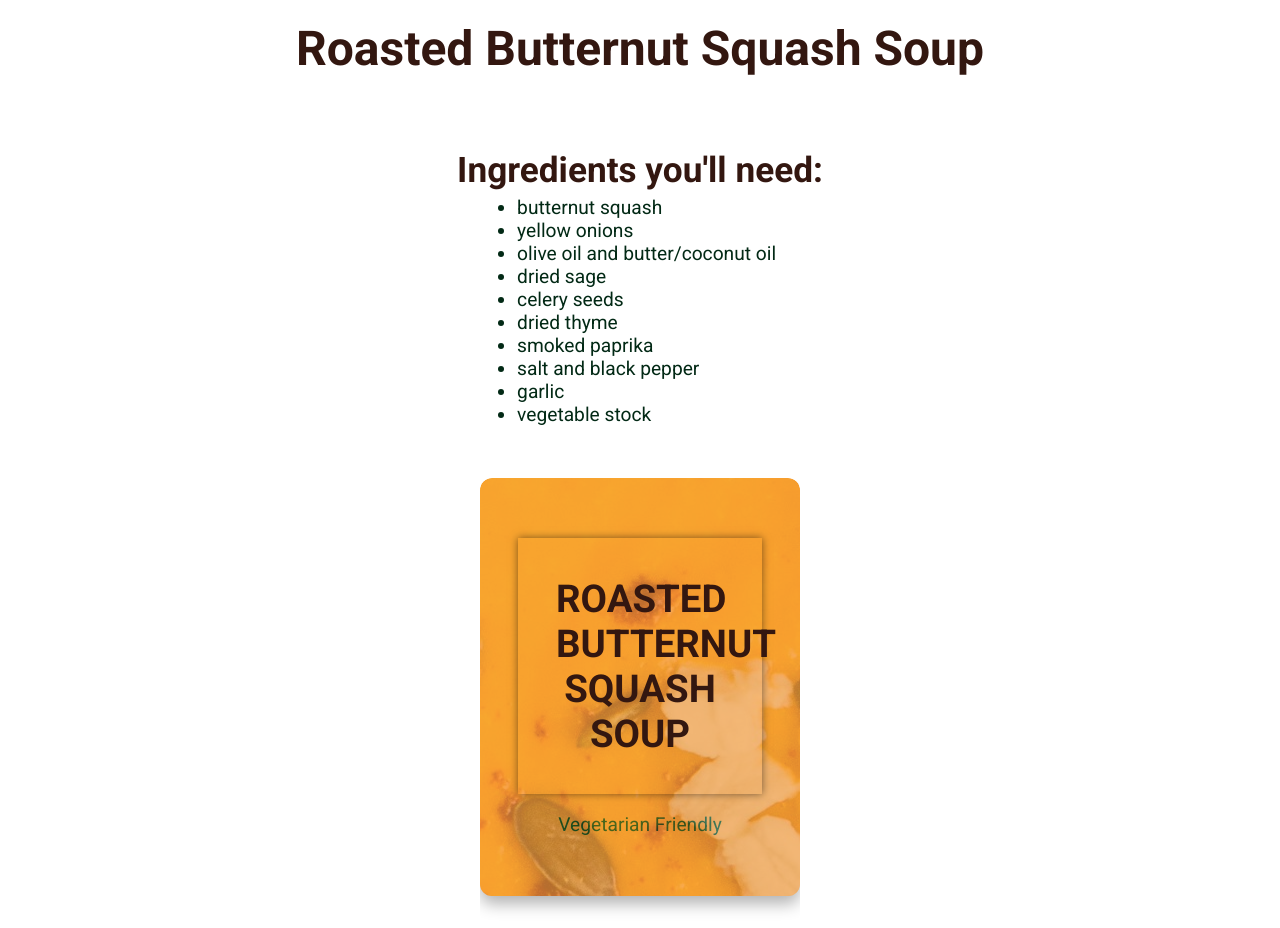
Repository: IDMX225/css-card-flip-LyssaMA
Page: src/index.html
An editor plug-in stored every save of this project. The page is shown before and after the next save, followed by the edit.
The browser window is 1280 px wide. The pictures show the whole page.
The style sheet was rebuilt from its Sass, Less or Tailwind sources for each picture, by a compiler version that may differ from the author's.

Above is the page before, as saved 2024-11-12 21:41:01.
Not found: src/js/index.js

### src/index.html
<!DOCTYPE html>
<html lang="en">

<head>
  <meta charset="UTF-8">
  <meta name="viewport" content="width=device-width, initial-scale=1.0">
  <meta name="description" content="A modern CSS page">
  <meta name="generator" content="Eleventy v1.2">
  <title>Recipe</title>
  <link rel="shortcut icon" href="images/squash.png" type="image/png">
  <link rel="stylesheet" href="css/main.css">
</head>

<body>
  <!-- Title above the card -->
  <div class="title-above-card">Roasted Butternut Squash Soup</div>

  <!-- Ingredients Section -->
  <div class="ingredients">
    <div class="ingredients-heading">Ingredients you'll need:</div>
    <ul class="ingredients-list">
      <li>butternut squash</li>
      <li>yellow onions</li>
      <li>olive oil and butter/coconut oil</li>
      <li>dried sage</li>
      <li>celery seeds</li>
      <li>dried thyme</li>
      <li>smoked paprika</li>
      <li>salt and black pepper</li>
      <li>garlic</li>
      <li>vegetable stock</li>
    </ul>
  </div>

  <!-- The Card with the Recipe Title inside -->
  <div class="card">
    <div class="card__content">
      <div class="card__front">
        <!-- Add the image here -->
        <img src="images/squashsoup.jpg" alt="Roasted Butternut Squash Soup" class="card__image">
        <h3 class="card__title">Roasted Butternut Squash Soup</h3>
        <p class="card__subtitle">Vegetarian Friendly</p>
      </div>

      <div class="card__back">
        <p class="card__body">To roast the squash, simply place the seasoned squash onto two large baking sheets lined
          with aluminum foil for easy cleanup. Roast in the oven for 45 minutes at 400°F.
          There's no need to flip over the squash halfway through roasting. Just let it go for 45 minutes and that's it!
          Enjoy!</p>
      </div>
    </div>
  </div>

  <script src="js/index.js"></script>
</body>

</html>

### src/sass/main.scss
/* Import Google Fonts */
@import url('https://fonts.googleapis.com/css2?family=Roboto:wght@400;700&display=swap');

:root {
  --level-three: translateZ(9rem);
  --fw-normal: 400;
  --fw-bold: 700;
  --clr: #f59e42; /* Squash Soup Orange */
  --clr-dark: #331710; /* Dark brown for the card back */
  --font-family: 'Roboto', sans-serif;
}

*,
*::before,
*::after {
  box-sizing: border-box;
  margin: 0;
}

body {
  font-family: var(--font-family);
  height: 100vh;
  display: grid;
  place-items: center;
  padding: 20px;
}

/* Title Above the Card */
.title-above-card {
  font-family: var(--font-family);
  font-size: 3rem;
  font-weight: var(--fw-bold);
  text-align: center;
  margin-bottom: 1.5em;
  color: #331710;
}

/* Ingredients Section */
.ingredients {
  text-align: center;
  margin-bottom: 2em;
}

.ingredients-heading {
  font-family: var(--font-family);
  font-size: 2.2rem;
  font-weight: var(--fw-bold);
  color: #331710;
  margin-bottom: 5px;
}

.ingredients-list {
  text-align: left;
  font-family: var(--font-family);
  font-size: 1.2rem;
  color: #022915; /* Dark green color */
  list-style-type: disc;
  margin-left: 20px;
}

/* Card Container */
.card {
  width: 320px;
  height: 450px;
  perspective: 1000px;
  border-radius: 12px;
  overflow: hidden;
  padding-bottom: 2em;
  display: flex;
  flex-direction: column;
  position: relative;
  margin-top: 20px;
}

/* Card Content */
.card__content {
  position: relative;
  width: 100%;
  height: 100%;
  transform-style: preserve-3d;
  transition: transform 0.6s;
}

.card:hover .card__content {
  transform: rotateY(180deg);
}

/* Front and Back of the Card */
.card__front,
.card__back {
  position: absolute;
  top: 0;
  left: 0;
  right: 0;
  bottom: 0;
  backface-visibility: hidden;
  display: flex;
  justify-content: center;
  align-items: center;
  border-radius: 12px;
  box-sizing: border-box;
  width: 100%;
  height: 100%;
}

/* Front of the Card */
.card__front {
  background-color: var(--clr);
  color: #034d28;
  padding: 1.5em;
  border-radius: 12px;
  box-shadow: 0 8px 16px rgba(0, 0, 0, 0.3);
  position: relative;
  display: flex;
  flex-direction: column;
  justify-content: center;
  align-items: center;
  text-align: center;
  z-index: 1;
  overflow: hidden;
}

/* Image on the Front of the Card */
.card__image {
  position: absolute;
  top: 0;
  left: 0;
  right: 0;
  bottom: 0;
  object-fit: cover;
  opacity: 0.3; /* 70% transparent */
  z-index: 0; /* Ensures image is behind text */
}

/* Title on Card Front */
.card__title {
  font-family: var(--font-family);
  font-size: 2.4rem; /* Larger title size */
  font-weight: var(--fw-bold);
  text-transform: uppercase;
  color: #331710;
  box-shadow: 0 0 8px rgba(0, 0, 0, 0.5);
  padding: 1em;
  text-align: center;
  position: relative;
  z-index: 2; /* Ensures title is on top of the image */
  width: 90%;
  box-sizing: border-box;
  margin-bottom: 0.5em;
}

/* Subtitle on Card */
.card__subtitle {
  font-family: var(--font-family);
  font-size: 1.2rem;
  font-weight: var(--fw-normal);
  text-align: center;
  margin-top: 0;
  width: 90%;
  box-sizing: border-box;
}

/* Back of the Card */
.card__back {
  background: var(--clr-dark);
  color: #f7d07d;
  transform: rotateY(180deg);
  border-radius: 12px;
  padding: 2em;
  box-sizing: border-box;
  justify-content: center;
  align-items: center;
  text-align: center;
  z-index: 1;
  overflow: hidden;
}

.card__body {
  font-family: var(--font-family);
  font-size: 1.25rem;
  line-height: 1.5;
  text-align: center;
  max-width: 90%;
  box-sizing: border-box;
  padding: 1em;
}

After the next save:
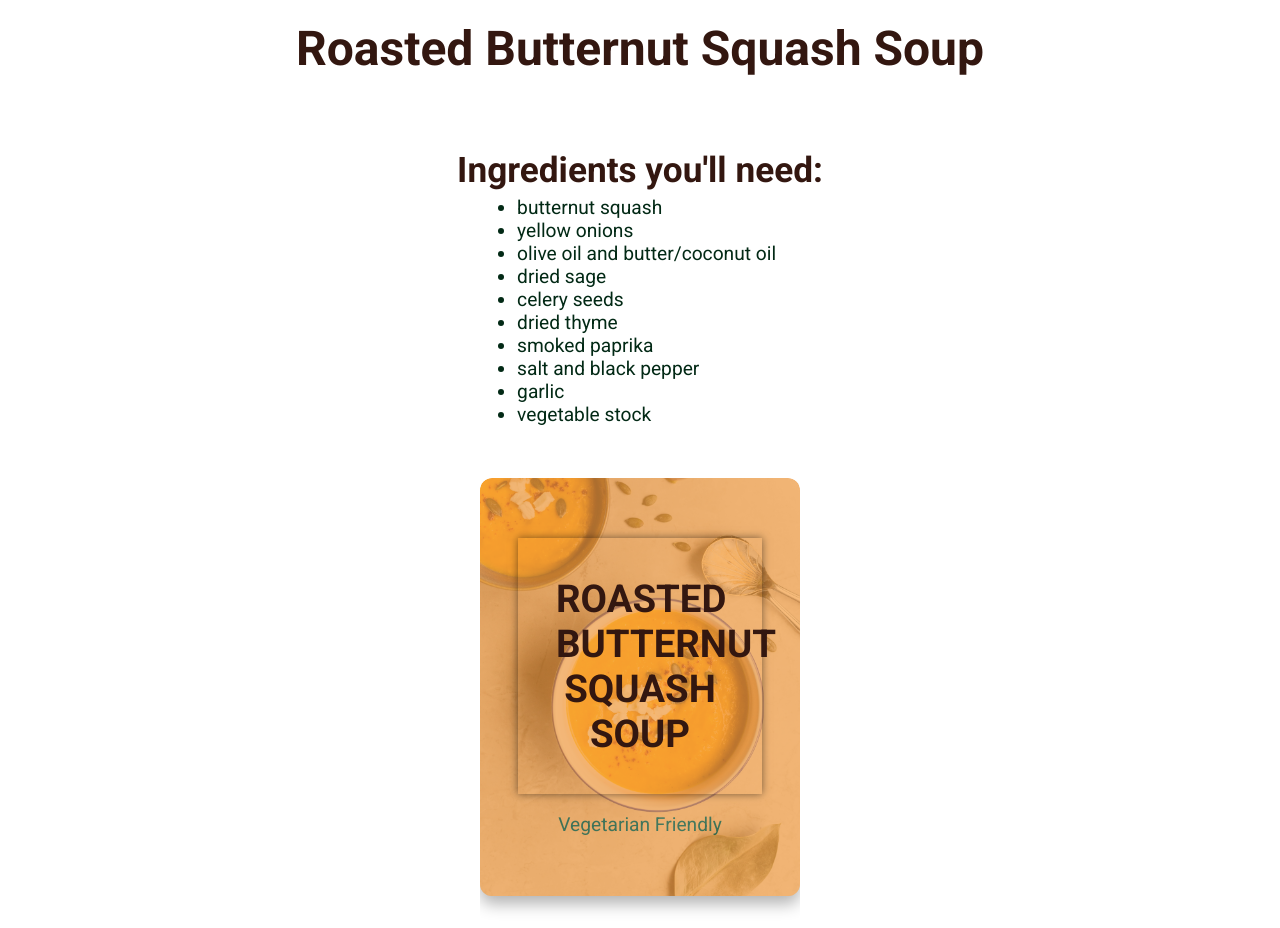
Saved 38 s later.
--- a/src/sass/main.scss
+++ b/src/sass/main.scss
@@ -160,6 +160,21 @@ body {
   box-sizing: border-box;
 }
 
+/* Image on Front of Card */
+.card__image {
+  position: absolute;
+  top: 0;
+  left: 0;
+  right: 0;
+  bottom: 0;
+  object-fit: cover; /* Make sure the image covers the entire card */
+  opacity: 0.3; /* 70% transparency */
+  z-index: 0; /* Image behind the text */
+  width: 100%;
+  height: 100%;
+  object-position: center; /* Center the image */
+}
+
 /* Back of the Card */
 .card__back {
   background: var(--clr-dark);
